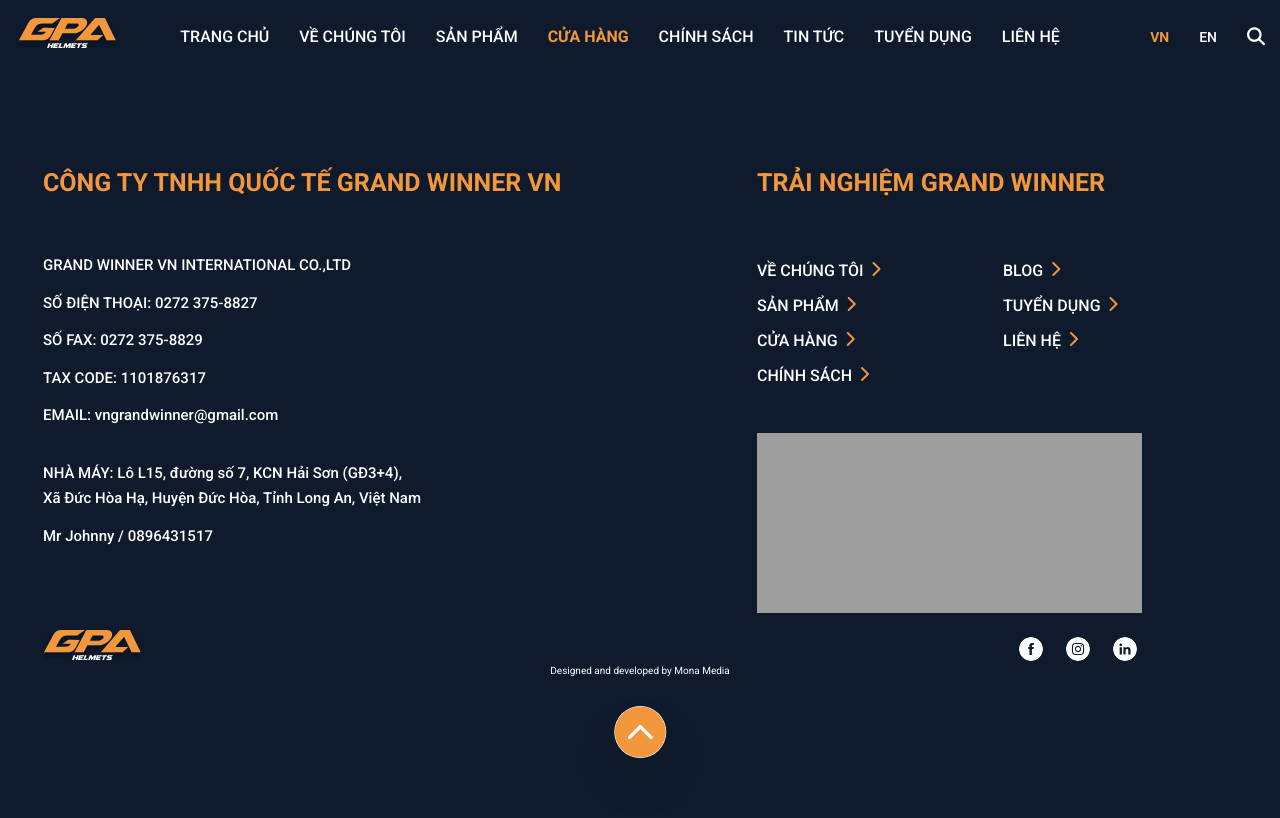
Repository: ThangNguyenT5/GrandWinner
Page: index.html
An editor plug-in stored every save of this project. The page is shown before and after the next save, followed by the edit.
The browser window is 1280 px wide. The pictures show the whole page.
Pictures or frames that could not be fetched are drawn as grey boxes. Some web libraries are served in a nearby version.

Above is the page before, as saved 2023-03-28 13:19:15.

### index.html
<!DOCTYPE html>
<html lang="en">
<head>
    <meta charset="UTF-8">
    <meta http-equiv="X-UA-Compatible" content="IE=edge">
    <meta name="viewport" content="width=device-width, initial-scale=1.0">
    <title>Cửa Hàng - GRAND WINNER</title>
    <link rel="icon" href="./assets/images/GPA-logo-small.svg">
    <link rel="stylesheet" href="./assets/css/base.css">
    <link rel="stylesheet" href="./assets/css/styles.css">
    <link rel="stylesheet" href="./assets/css/grid.css">
    <link rel="stylesheet" href="./assets/css/responsive.css">
    <link rel="stylesheet" href="https://cdnjs.cloudflare.com/ajax/libs/font-awesome/6.3.0/css/all.min.css" integrity="sha512-SzlrxWUlpfuzQ+pcUCosxcglQRNAq/DZjVsC0lE40xsADsfeQoEypE+enwcOiGjk/bSuGGKHEyjSoQ1zVisanQ==" crossorigin="anonymous" referrerpolicy="no-referrer" />
    <link href="https://fonts.googleapis.com/css2?family=Roboto:wght@300;400;500;700;900&display=swap" rel="stylesheet">
    <link href="https://unpkg.com/aos@2.3.1/dist/aos.css" rel="stylesheet">
</head>
<body>
    <!-- HEADER -->
    <header class="hd">
        <div class="hd-ctn">
            <div class="hd-logo">
                <a href="#" class="custom-logo-link">
                    <img src="./assets/images/GPA-logo-small.svg" alt="GRAND WINNER" class="custom-logo">
                </a>
            </div>
            <div class="hd-menu hdMenu">
                <div class="hd-menu-close">
                    <!-- <i class="fa-solid fa-bars"></i> -->
                    <i class="fa-solid fa-xmark"></i>
                </div>
                <div class="menu">
                    <ul class="menu-list">
                        <li class="menu-item">
                            <a href="./index.html" class="menu-item-link">Trang chủ</a>
                        </li>
                        <li class="menu-item">
                            <a href="#" class="menu-item-link">Về chúng tôi</a>
                        </li>
                        <li class="menu-item">
                            <a href="./products.html" class="menu-item-link">Sản phẩm</a>
                        </li>
                        <li class="menu-item">
                            <a href="./store.html" class="menu-item-link current-menu-item">Cửa hàng</a>
                        </li>
                        <li class="menu-item">
                            <a href="./policy.html" class="menu-item-link">Chính sách</a>
                        </li>
                        <li class="menu-item">
                            <a href="#" class="menu-item-link">Tin tức</a>
                        </li>
                        <li class="menu-item">
                            <a href="#" class="menu-item-link">Tuyển dụng</a>
                        </li>
                        <li class="menu-item">
                            <a href="#" class="menu-item-link">Liên hệ</a>
                        </li>
                    </ul>
                </div>
                <div class="hd-menu-social">
                    <ul class="hd-social-list">
                        <li class="hd-social-item">
                            <a href="#">
                                <img src="./assets/images/./icon/fixed-menu-icon-facebook.svg" alt="facebook-icon">
                            </a>
                        </li>
                        <li class="hd-social-item">
                            <a href="#">
                                <img src="./assets/images/icon/fixed-menu-icon-instagram.svg" alt="instagram-icon">
                            </a>
                        </li>
                        <li class="hd-social-item">
                            <a href="#">
                                <img src="./assets/images/icon/fixed-menu-icon-linkedin.svg" alt="linkedin-icon">
                            </a>
                        </li>
                        <li class="hd-social-item">
                            <a href="#">
                                <img src="./assets/images/icon/fixed-menu-icon-telephone.svg" alt="telephone-icon">
                            </a>
                        </li>
                    </ul>
                </div>
            </div>
            <!-- < 1200px -->
            <div class="bg-page"></div>

            <div class="hd-controls">
                <div class="hd-lang">
                <ul class="hd-lang-list">
                    <li class="hd-lang-item">
                        <a class="lang-item-link current-lang-item" href="#">vn</a>
                    </li>
                    <li class="hd-lang-item">
                        <a class="lang-item-link" href="#">en</a>
                    </li>
                </ul>
                </div>
                <div class="hd-search">
                    <i class="hd-search-icon fa-solid fa-magnifying-glass"></i>
                    <div class="hd-search-form">
                        <form>
                            <div class="form-ctn">
                                <input type="text" placeholder="Tìm Kiếm...">
                                <input type="submit" value="">
                            </div>
                        </form>
                    </div>
                </div>
                <div class="hd-bar">
                    <i class="fa-solid fa-bars"></i>
                </div>
            </div>
        </div>
    </header>

    <!-- MAIN -->
    <main></main>

    <!-- FOOTER -->
    <footer class="ft">
        <div class="container">
            <div class="ft-top">
                <div class="ft-ctn">
                    <div class="col col-7">
                        <div class="ft-tt">
                            CÔNG TY TNHH QUỐC TẾ GRAND WINNER VN
                        </div>
                        <div class="ft-desc">
                            <p>
                                <span class="ft-label">
                                    GRAND WINNER VN INTERNATIONAL CO.,LTD
                                </span>
                            </p>
                            <p>
                                <span class="ft-label">
                                    SỐ ĐIỆN THOẠI:
                                </span>
                                <span class="ft-dt">
                                    <a href="tel:0272375-8827">0272 375-8827</a>
                                </span>
                            </p>
                            <p>
                                <span class="ft-label">
                                    SỐ FAX:
                                </span>
                                <span class="ft-dt">
                                    0272 375-8829
                                </span>
                            </p>
                            <p>
                                <span class="ft-label">
                                    TAX CODE:
                                </span>
                                <span class="ft-dt">
                                    <a href="tel:1101876317" class="dt">1101876317</a>
                                </span>
                            </p>
                            <p>
                                <span class="ft-label">
                                    EMAIL:
                                </span>
                                <span class="ft-dt">
                                    <a href="mailto:vngrandwinner@gmail.com" class="dt">vngrandwinner@gmail.com</a>
                                </span>
                            </p>

                        </div>
                        <div class="ft-desc">
                            <p>
                                <span class="ft-label">NHÀ MÁY:</span>
                                <span class="ft-dt">
                                    Lô L15, đường số 7, KCN Hải Sơn (GĐ3+4), Xã Đức Hòa Hạ, Huyện Đức Hòa, Tỉnh Long An, Việt Nam
                                </span>
                            </p>
                            <p>
                                <span class="ft-label"></span>
                                <span class="ft-dt">
                                    Mr Johnny /
                                    <a href="tel:0896431517">0896431517</a>
                                </span>
                            </p>
                        </div>
                    </div>
                    <div class="col col-5">
                        <div class="ft-tt">TRẢI NGHIỆM GRAND WINNER</div>
                        <div class="ft-menu">
                            <ul class="ft-menu-list">
                                <li class="ft-menu-item">
                                    <a href="#">
                                        VỀ CHÚNG TÔI
                                        <i class="fa-solid fa-chevron-right"></i>
                                    </a>
                                </li>
                                <li class="ft-menu-item">
                                    <a href="#">
                                        BLOG
                                        <i class="fa-solid fa-chevron-right"></i>
                                    </a>
                                </li>
                                <li class="ft-menu-item">
                                    <a href="./products.html">
                                        SẢN PHẨM
                                        <i class="fa-solid fa-chevron-right"></i>
                                    </a>
                                </li>
                                <li class="ft-menu-item">
                                    <a href="#">
                                        TUYỂN DỤNG
                                        <i class="fa-solid fa-chevron-right"></i>
                                    </a>
                                </li>
                                <li class="ft-menu-item">
                                    <a href="./store.html">
                                        CỬA HÀNG
                                        <i class="fa-solid fa-chevron-right"></i>
                                    </a>
                                </li>
                                <li class="ft-menu-item">
                                    <a href="#">
                                        LIÊN HỆ
                                        <i class="fa-solid fa-chevron-right"></i>
                                    </a>
                                </li>
                                <li class="ft-menu-item">
                                    <a href="./policy.html">
                                        CHÍNH SÁCH
                                        <i class="fa-solid fa-chevron-right"></i>
                                    </a>
                                </li>
                            </ul>
                        </div>
                        <div class="ft-map">
                            <iframe src="https://www.google.com/maps/embed?pb=!1m18!1m12!1m3!1d3919.2654292862435!2d106.65393045080707!3d10.790971361837054!2m3!1f0!2f0!3f0!3m2!1i1024!2i768!4f13.1!3m3!1m2!1s0x31752ec9c9b7e9cd%3A0x6f4a03550865d9ac!2sThe%20Mona%20Building!5e0!3m2!1svi!2s!4v1679826724121!5m2!1svi!2s" width="600" height="450" style="border:0;" allowfullscreen="" loading="lazy" referrerpolicy="no-referrer-when-downgrade"></iframe>
                        </div>
                    </div>
                </div>
            </div>
            <div class="ft-bottom">
                <div class="ft-social">
                    <div class="ft-logo">
                        <a href="#" class="custom-logo-link">
                            <img src="./assets/images/GPA-logo-small.svg" alt="GRAND WINNER">
                        </a>
                    </div>
                    <ul class="ft-social-list">
                        <li class="ft-social-item">
                            <a href="#">
                                <img src="./assets/images/icon/ft-facebook.svg" alt="facebook-icon">
                                <img src="./assets/images/icon/ft-facebook.svg" alt="facebook-icon">
                            </a>
                        </li>
                        <li class="ft-social-item">
                            <a href="#">
                                <img src="./assets/images/icon/ft-instagram.svg" alt="instagram-icon">
                                <img src="./assets/images/icon/ft-instagram.svg" alt="instagram-icon">
                            </a>
                        </li>
                        <li class="ft-social-item">
                            <a href="#">
                                <img src="./assets/images/icon/ft-linkedin.svg" alt="linkedin-icon">
                                <img src="./assets/images/icon/ft-linkedin.svg" alt="linkedin-icon">
                            </a>
                        </li>
                    </ul>
                </div>
            </div>
        </div>
        <div class="ft-by">
            <p>Designed and developed by Mona Media</p>
            <div class="move-top">
                <a href="#">
                    <img src="./assets/images/icon/move-top.svg" alt="">
                    <img src="./assets/images/icon/move-top.svg" alt="">
                </a>
            </div>
        </div>
    </footer>

    <!-- MENU-SOCIAL-FIXED -->
    <div class="menu-social-fixed">
        <ul class="menu-social-list">
            <li class="menu-social-item">
                <a href="#">
                    <img src="./assets/images/icon/fixed-menu-icon-facebook.svg" alt="facebook-icon">
                    <img src="./assets/images/icon/fixed-menu-icon-facebook.svg" alt="facebook-icon">
                </a>
            </li>
            <li class="menu-social-item">
                <a href="#">
                    <img src="./assets/images/icon/fixed-menu-icon-instagram.svg" alt="instagram-icon">
                    <img src="./assets/images/icon/fixed-menu-icon-instagram.svg" alt="instagram-icon">
                </a>
            </li>
            <li class="menu-social-item">
                <a href="#">
                    <img src="./assets/images/icon/fixed-menu-icon-linkedin.svg" alt="linkedin-icon">
                    <img src="./assets/images/icon/fixed-menu-icon-linkedin.svg" alt="linkedin-icon">
                </a>
            </li>
            <li class="menu-social-item">
                <a href="#">
                    <img src="./assets/images/icon/fixed-menu-icon-telephone.svg" alt="telephone-icon">
                    <img src="./assets/images/icon/fixed-menu-icon-telephone.svg" alt="telephone-icon">
                </a>
            </li>
        </ul>
    </div>
    <script src="https://unpkg.com/aos@2.3.1/dist/aos.js"></script>
    <script src="./index.js"></script>
</body>
</html>

### assets/css/base.css
* {
    margin: 0;
    padding: 0;
    box-sizing: border-box;
}

html {
    font-size: 62.5%;
    scroll-behavior: smooth;
    font-family: 'Roboto', sans-serif;
}


:root {
    /* Color */
    --primary-color: #0F1A2C;
    --secondary-color: #F3973D;


    --container-padding-x: 3rem;
    --container-max-width: 100%;
    --container-fluid: calc((120rem + var(--container-padding-x)));
}

a {
    text-decoration: none;
    color: inherit;
}

.col {
    width: 50%;
}


button, select, input, textarea {
    font-family: "Roboto", "sans-serif";
    font-size: 1.4rem;
    line-height: 1.2;
    padding: 0;
    border: none;
    outline: none;
    resize: none;
    vertical-align: middle;
}

### assets/css/grid.css
.col {
    -ms-flex-preferred-size: 0;
    flex-basis: 0;
    -webkit-box-flex: 1;
    -ms-flex-positive: 1;
    flex-grow: 1;
    max-width: 100%;
  }

  .col-1,
  .col-2,
  .col-3,
  .col-4,
  .col-5,
  .col-6,
  .col-7,
  .col-8,
  .col-9,
  .col-10,
  .col-11,
  .col-12,
  .col,
  .col-auto,
  .col-sm-1,
  .col-sm-2,
  .col-sm-3,
  .col-sm-4,
  .col-sm-5,
  .col-sm-6,
  .col-sm-7,
  .col-sm-8,
  .col-sm-9,
  .col-sm-10,
  .col-sm-11,
  .col-sm-12,
  .col-sm,
  .col-sm-auto,
  .col-md-1,
  .col-md-2,
  .col-md-3,
  .col-md-4,
  .col-md-5,
  .col-md-6,
  .col-md-7,
  .col-md-8,
  .col-md-9,
  .col-md-10,
  .col-md-11,
  .col-md-12,
  .col-md,
  .col-md-auto,
  .col-lg-1,
  .col-lg-2,
  .col-lg-3,
  .col-lg-4,
  .col-lg-5,
  .col-lg-6,
  .col-lg-7,
  .col-lg-8,
  .col-lg-9,
  .col-lg-10,
  .col-lg-11,
  .col-lg-12,
  .col-lg,
  .col-lg-auto,
  .col-xl-1,
  .col-xl-2,
  .col-xl-3,
  .col-xl-4,
  .col-xl-5,
  .col-xl-6,
  .col-xl-7,
  .col-xl-8,
  .col-xl-9,
  .col-xl-10,
  .col-xl-11,
  .col-xl-12,
  .col-xl,
  .col-xl-auto {
    position: relative;
    width: 100%;
    min-height: 1px;
    padding-right: 15px;
    padding-left: 15px;
  }

  .col {
    -ms-flex-preferred-size: 0;
    flex-basis: 0;
    -webkit-box-flex: 1;
    -ms-flex-positive: 1;
    flex-grow: 1;
    max-width: 100%;
  }

  .col-auto {
    -webkit-box-flex: 0;
    -ms-flex: 0 0 auto;
    flex: 0 0 auto;
    width: auto;
    max-width: none;
  }

  .col-1 {
    -webkit-box-flex: 0;
    -ms-flex: 0 0 8.333333%;
    flex: 0 0 8.333333%;
    max-width: 8.333333%;
  }

  .col-2 {
    -webkit-box-flex: 0;
    -ms-flex: 0 0 16.666667%;
    flex: 0 0 16.666667%;
    max-width: 16.666667%;
  }

  .col-3 {
    -webkit-box-flex: 0;
    -ms-flex: 0 0 25%;
    flex: 0 0 25%;
    max-width: 25%;
  }

  .col-4 {
    -webkit-box-flex: 0;
    -ms-flex: 0 0 33.333333%;
    flex: 0 0 33.333333%;
    max-width: 33.333333%;
  }

  .col-5 {
    -webkit-box-flex: 0;
    -ms-flex: 0 0 41.666667%;
    flex: 0 0 41.666667%;
    max-width: 41.666667%;
  }

  .col-6 {
    -webkit-box-flex: 0;
    -ms-flex: 0 0 50%;
    flex: 0 0 50%;
    max-width: 50%;
  }

  .col-7 {
    -webkit-box-flex: 0;
    -ms-flex: 0 0 58.333333%;
    flex: 0 0 58.333333%;
    max-width: 58.333333%;
  }

  .col-8 {
    -webkit-box-flex: 0;
    -ms-flex: 0 0 66.666667%;
    flex: 0 0 66.666667%;
    max-width: 66.666667%;
  }

  .col-9 {
    -webkit-box-flex: 0;
    -ms-flex: 0 0 75%;
    flex: 0 0 75%;
    max-width: 75%;
  }

  .col-10 {
    -webkit-box-flex: 0;
    -ms-flex: 0 0 83.333333%;
    flex: 0 0 83.333333%;
    max-width: 83.333333%;
  }

  .col-11 {
    -webkit-box-flex: 0;
    -ms-flex: 0 0 91.666667%;
    flex: 0 0 91.666667%;
    max-width: 91.666667%;
  }

  .col-12 {
    -webkit-box-flex: 0;
    -ms-flex: 0 0 100%;
    flex: 0 0 100%;
    max-width: 100%;
  }

### assets/css/responsive.css
@media screen and (max-width:1500px){
  .hd {
    padding: 1.2rem 1.5rem;
  }
  .policy {
    padding: 5.6rem 0;
  }
  .policy-item {
    margin-bottom: 4.8rem;
  }
}

@media screen and (max-width:1200px) {
  /* HEADER */

  .custom-logo-link img {
    padding-top: 0.5rem;
  }

  .banner-page-tt h2 {
    font-size: 3.3rem;
  }

  .breadcrumb-item {
    font-size: 1.6rem;
  }


  .hd-menu.active {
    transform: scale(1);
  }
  .hd-menu {
    position: fixed;
    top: 0;
    right: 0;
    width: 28rem;
    height: 100vh;
    background-color: var(--primary-color);
    z-index: 3;
    transform: translateX(100%);
  }
  .menu-list {
    flex-direction: column;
    align-items: flex-start;
  }
  .menu-item-link {
  }

  .hd-bar {
    display: block;
    font-size: 2rem;
    padding-left: 3rem;
}
  .hd-menu-close {
    display: block;
  }

  .menu-social-fixed {
    display: none;
  }

  .hd-menu-social {
    display: block;
  }

  /* MAIN */

  .store {
    padding: 5.6rem 0;
  }

  .store-tt {
    font-size: 3.3rem;
    line-height: 4.3rem;
  }

  .store-table table {
    font-size: 1.6rem;
    width: 100%;
  }

  .store-table thead {
    display: none;
  }

  .store-table tbody tr {
    display: block;
    border: 2px solid rgba(0, 0, 0, 0.16);
    border-bottom: 1px solid rgba(0, 0, 0, 0.16);
    margin-bottom: 2rem;
  }

  .store-table table td {
    display: flex;
    align-items: center;
    justify-content: space-between;
    font-size: 1.4rem;
    line-height: 1.6rem;
    text-align: right;
    padding: 1.5rem;
    border: unset;
    border-bottom: 1px solid rgba(0, 0, 0, 0.16);

  }

  .store-table table td::before {
    content: attr(data-label);
    float: left;
    font-weight: bold;
    text-transform: uppercase;
    margin-right: 2rem;
    white-space: nowrap;
  }


  .policy-tt {
    font-size: 3.3rem;
    margin-bottom: 2.4rem;
    padding-bottom: 2.4rem;
  }

  .policy-desc {
    font-size: 1.6rem;
  }

  .policy-dt {
    font-size: 1.6rem;
  }

  /* FOOTER */

  .ft {
    padding: 5.6rem 0;
  }

  .ft-tt {
    font-size: 2.1rem;
    margin-bottom: 2.4rem;
  }

  .ft-by {
    position: relative;
    bottom: 0;
    left: 0;
    transform: unset;
    padding: 0 1.5rem;
    margin-top: 2.4rem;
  }
  .ft-by p {
    text-align: center;
  }
  .ft-bottom {
    padding-right: 0;
  }
}

@media screen and (max-width: 800px) {

  /* HEADER */

  .banner-page-tt {
    margin-bottom: 1.5rem;
  }
  .banner-page-tt h2 {
    font-size: 2.8rem;
    line-height: 3.5rem;
  }

  .breadcrumb-item {
    font-size: 1.6rem;
  }

  /* MAIN */

  .store-tt {
    font-size: 2.8rem;
    line-height: 3.5rem;
  }

  .policy-tt {
    font-size: 2.8rem;
    margin-bottom: 2.4rem;
    padding-bottom: 2.4rem;
  }

  .policy-desc {
    font-size: 1.5rem;
  }

  .policy-dt {
    font-size: 1.5rem;
  }

  /* FOOTER */
  .ft-tt {
    font-size: 1.8rem;
  }
}

@media screen and (max-width: 768px) {
  /* HEADER */
  .banner-page-tt {
    margin-bottom: 1rem;
  }
  .banner-page-tt h2 {
    font-size: 2.8rem;
    line-height: 3.5rem;
  }

  .breadcrumb-item {
      font-size: 1.4rem;
  }

  /* MAIN */

  .store-tt {
    font-size: 2.8rem;
    line-height: 3.5rem;
  }

  .store-table table td {

  }

  .policy-tt {
    font-size: 2.8rem;
    margin-bottom: 1.2rem;
    padding-bottom: 1.2rem;
  }

  .policy-ctn {
    flex-direction: column;
  }

  .policy-ctn > .col.col-4,
  .policy-ctn > .col.col-8 {
    flex: 0 0 100%;
    width: 100%;
    max-width: 100%;
  }

  .policy-ctn > .col.col-4 {
    margin-bottom: 1.5rem;
  }

  .policy-desc {
    font-size: 1.5rem;
  }

  .policy-dt {
    font-size: 1.5rem;
  }

  /* FOOTER */

  .ft-ctn > .col.col-7,
  .ft-ctn > .col.col-5 {
    flex: 0 0 100%;
    width: 100%;
    max-width: 100%;
    margin: 1.2rem 0;
  }

  .ft-map iframe {
    max-width: 100%;
    height: 25rem;
  }

}

@media screen and (max-width:500px) {

  /* HEADER */
  .banner-page-tt {
    margin-bottom: 0.8rem;
  }

  .banner-page-tt h2 {
    font-size: 1.8rem;
    line-height: 2.5rem;
  }

  .breadcrumb-item {
    font-size: 1.4rem;
  }

  /* MAIN */
  .store-tt {
    font-size: 2rem;
    line-height: 2.5rem;
  }
  .store-table table td {
    font-size: 1.3rem;
  }

  .btn-map {
    font-size: 1.3rem;
  }

}

Loaded but not shown: index.js (59 lines, source omitted); assets/css/styles.css (854 lines, source omitted)

After the next save:
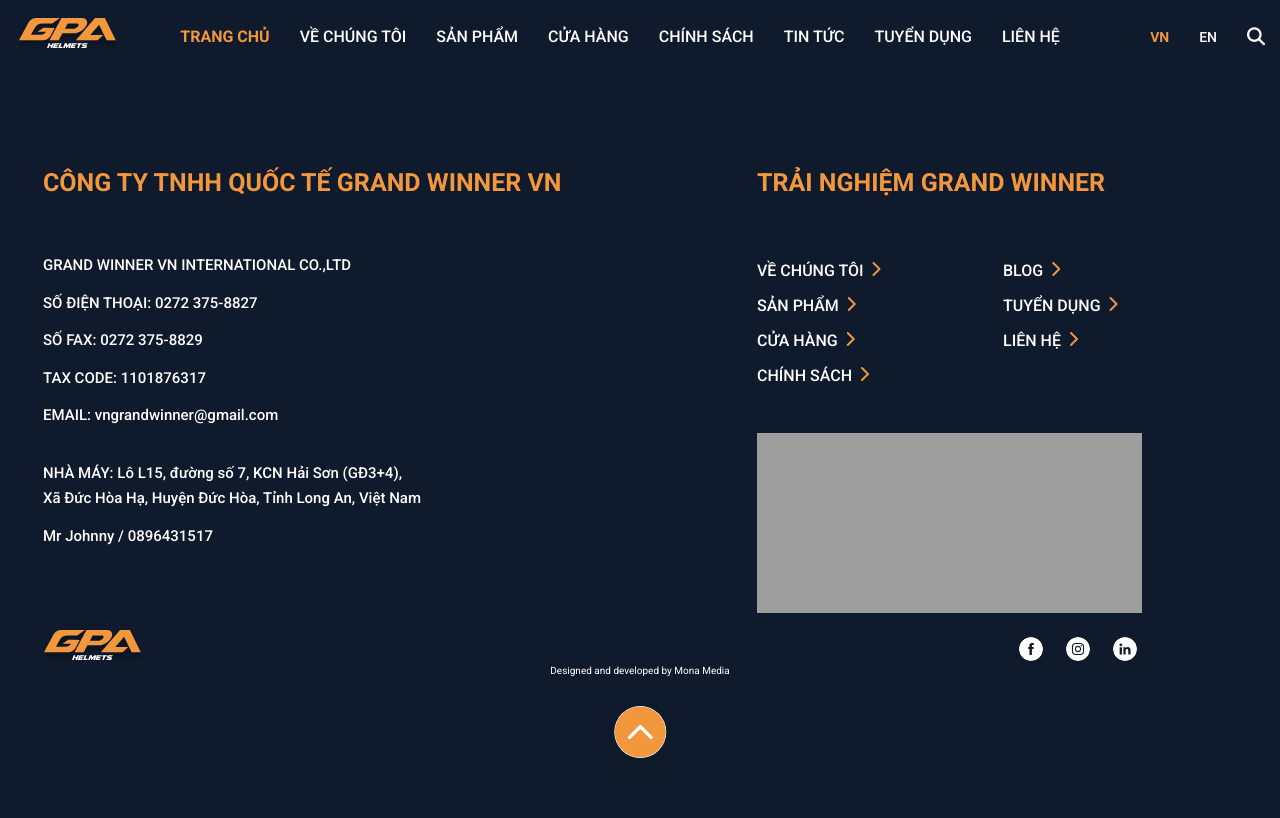
Saved 13 s later.
--- a/index.html
+++ b/index.html
@@ -31,7 +31,7 @@
                 <div class="menu">
                     <ul class="menu-list">
                         <li class="menu-item">
-                            <a href="./index.html" class="menu-item-link">Trang chủ</a>
+                            <a href="./index.html" class="menu-item-link current-menu-item">Trang chủ</a>
                         </li>
                         <li class="menu-item">
                             <a href="#" class="menu-item-link">Về chúng tôi</a>
@@ -40,7 +40,7 @@
                             <a href="./products.html" class="menu-item-link">Sản phẩm</a>
                         </li>
                         <li class="menu-item">
-                            <a href="./store.html" class="menu-item-link current-menu-item">Cửa hàng</a>
+                            <a href="./store.html" class="menu-item-link">Cửa hàng</a>
                         </li>
                         <li class="menu-item">
                             <a href="./policy.html" class="menu-item-link">Chính sách</a>
